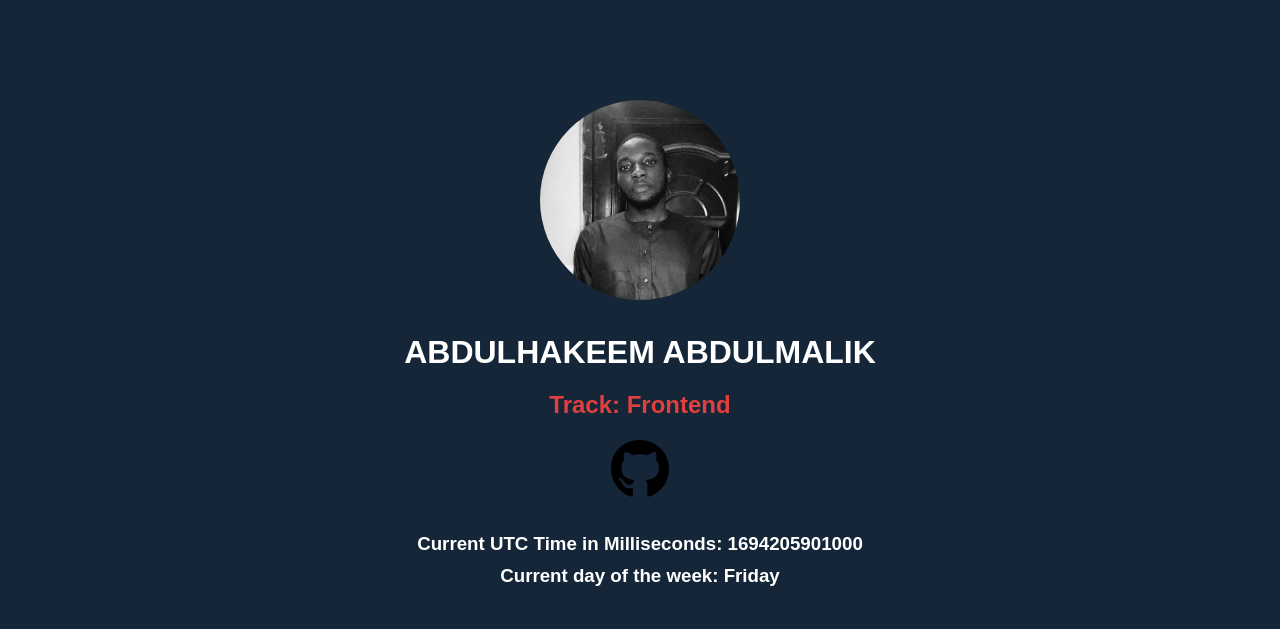
Repository: malikhakeem/HNG-TASK
Page: index.html
An editor plug-in stored every save of this project. The page is shown before and after the next save, followed by the edit.
The browser window is 1280 px wide. The pictures show the whole page.

Above is the page before, as saved 2023-09-10 12:09:10.

### index.html
<!DOCTYPE html>
<html lang="en">
  <head>
    <meta charset="UTF-8" />
    <meta name="viewport" content="width=device-width, initial-scale=1.0" />
    <link rel="stylesheet" href="./HNG-TASK1.css" />

    <title>HNG</title>
    <script src="./HNG-TASK1.js"></script>
  </head>

  <body>
    <div class="body">
      <div class="nav">
        <div class="profilepic">
          <img
            data-testId="slackDisplayImage"
            class="profile-pic"
            src="./pic/kim.jpg"
            alt="Malik"
          />
        </div>
        <div class="profie-details">
          <div class="slack-name">
            <h1>ABDULHAKEEM ABDULMALIK</h1>
          </div>
          <div class="track">
            <h2 data-testId="myTrack">Track: Frontend</h2>
          </div>
        </div>
        <div class="github-link">
          <a data-testId="githubURL" href="https://github.com/malikhakeem/HNG-TASK"
            ><img src="./pic//github.svg" width="60" height="60"
          /></a>
        </div>
      </div>

      <div class="task">
        <div class="time"></div>
        <div class="date"></div>
      </div>
    </div>

    <script>
      const time = document.getElementsByClassName("time");
      time[0].innerHTML =
        "<h3>Current UTC Time in Milliseconds: " + currentTimeMillis + "</h3>";
    </script>
    <script>
      const date = document.getElementsByClassName("date");
      date[0].innerHTML = "<h3>Current day of the week: " + weekday + "</h3>";
    </script>
  </body>
</html>

### HNG-TASK1.css
* {
  padding: 0px;
  margin: 0px;
}

.profile-pic {
  width: 200px;
  height: 200px;
  border-radius: 50%;
}

.profilepic {
  padding-bottom: 30px;
}

.github-link {
  padding-top: 20px;
}

.time {
  padding-bottom: 10px;
}

.task {
  padding-top: 30px;
}

.body {
  display: flex;
  display: block;
  text-align: center;
}

.track {
  padding-top: 20px;
  color: rgb(226, 63, 63);
}

body {
  padding: 100px 0px 0px 0px;
  color: white;
  display: flex;
  justify-content: center;
  font-family: sans-serif;
  background: #142638;
}

### HNG-TASK1.js

let currentTime = new Date();
let currentTimeMillis = currentTime.getTime();
let currentUTCTime = currentTime.toUTCString();

console.log("Current time in milliseconds: " + currentTimeMillis);
console.log("Current time in UTC: " + currentUTCTime);


//  setInterval(updateTime, 1000); // Run updateTime() every second


var dateObj = new Date()
var weekday = dateObj.toLocaleString("default", { weekday: "long" })
// weekday = "Saturday"

After the next save:
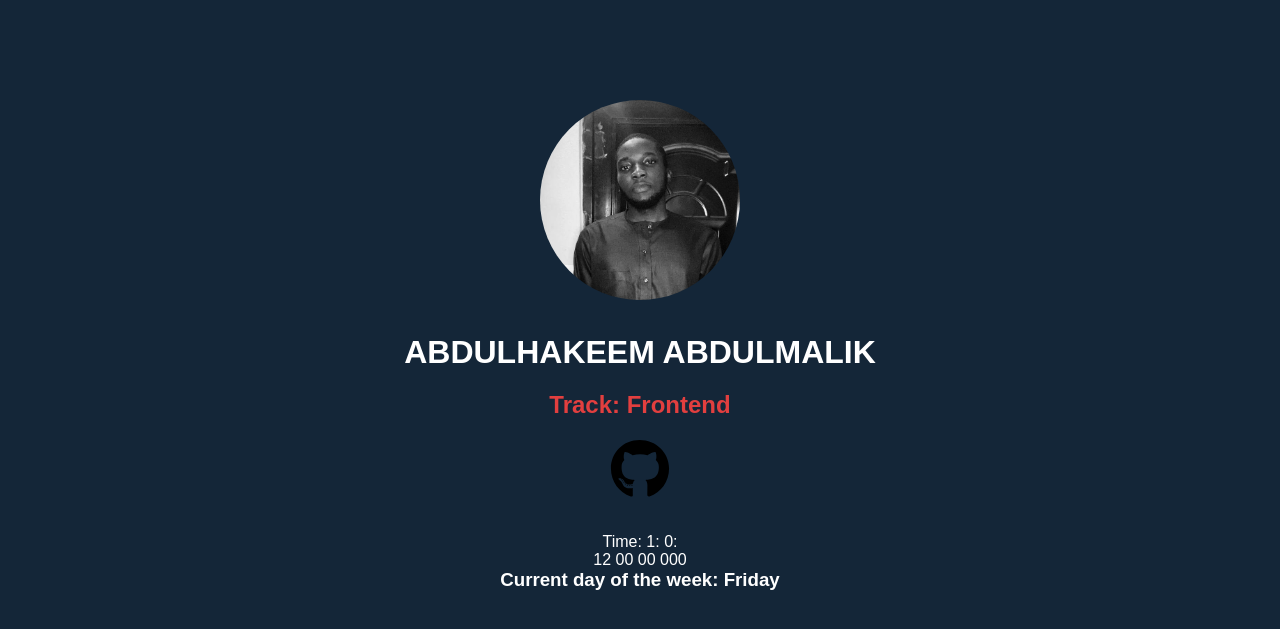
Console error: ReferenceError: initClock is not defined
Saved 11 min 2 s later.
--- a/index.html
+++ b/index.html
@@ -36,16 +36,23 @@
       </div>
 
       <div class="task">
-        <div class="time"></div>
+        <body onLoad="initClock()">
+
+          <div id="timedate">
+            <a id="mon">Time</a>:
+            <a id="d">1</a>:
+            <a id="y">0</a>:<br />
+            <a id="h">12</a>
+            <a id="m">00</a>
+            <a id="s">00</a>
+            <a id="mi">000</a>
+          </div>
         <div class="date"></div>
       </div>
     </div>
 
-    <script>
-      const time = document.getElementsByClassName("time");
-      time[0].innerHTML =
-        "<h3>Current UTC Time in Milliseconds: " + currentTimeMillis + "</h3>";
-    </script>
+
+
     <script>
       const date = document.getElementsByClassName("date");
       date[0].innerHTML = "<h3>Current day of the week: " + weekday + "</h3>";

After the save that followed:
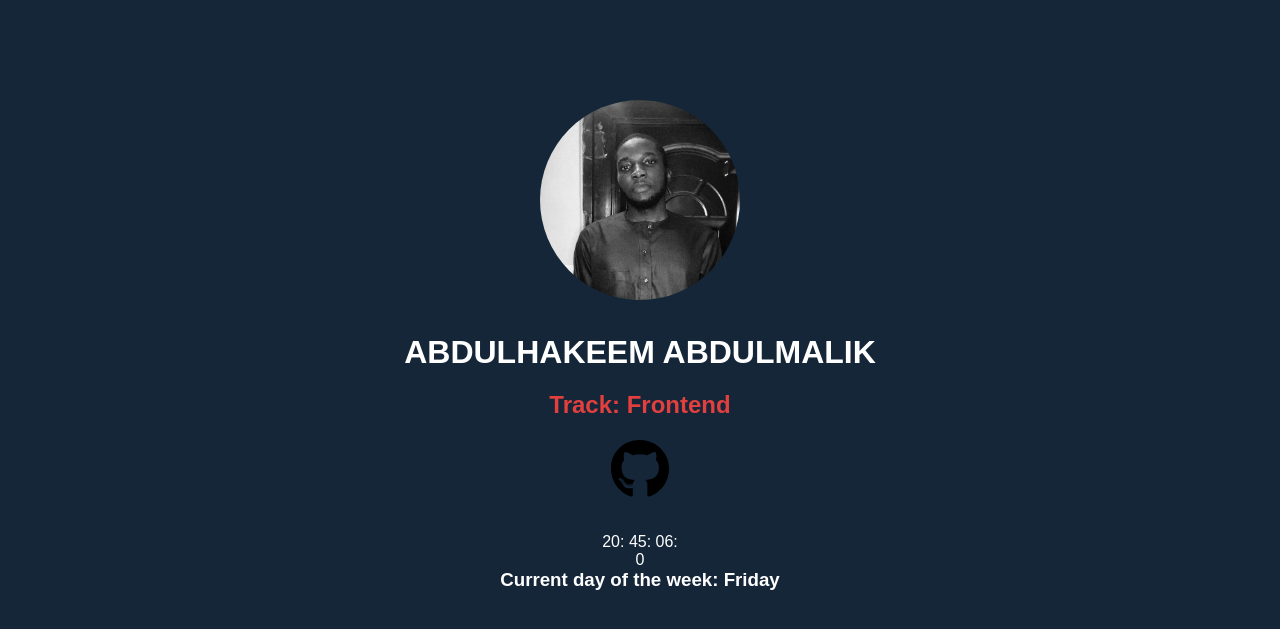
The error is gone.
Saved 25 s later.
--- a/HNG-TASK1.js
+++ b/HNG-TASK1.js
@@ -1,13 +1,29 @@
+// START CLOCK SCRIPT
 
-let currentTime = new Date();
-let currentTimeMillis = currentTime.getTime();
-let currentUTCTime = currentTime.toUTCString();
+Number.prototype.pad = function(n) {
+    for (var r = this.toString(); r.length < n; r = 0 + r);
+    return r;
+  };
 
-console.log("Current time in milliseconds: " + currentTimeMillis);
-console.log("Current time in UTC: " + currentUTCTime);
+  function updateClock() {
+    var now = new Date();
+    var milli = now.getMilliseconds(),
+      sec = now.getSeconds(),
+      min = now.getMinutes(),
+      hou = now.getHours()
 
+    var tags = ["mon", "d", "y", "h", "m", "s", "mi"],
+      corr = [hou.pad(2), min.pad(2), sec.pad(2), milli];
+    for (var i = 0; i < tags.length; i++)
+      document.getElementById(tags[i]).firstChild.nodeValue = corr[i];
+  }
 
-//  setInterval(updateTime, 1000); // Run updateTime() every second
+  function initClock() {
+    updateClock();
+    window.setInterval("updateClock()", 1);
+  }
+
+  // END CLOCK SCRIPT
 
 
 var dateObj = new Date()
